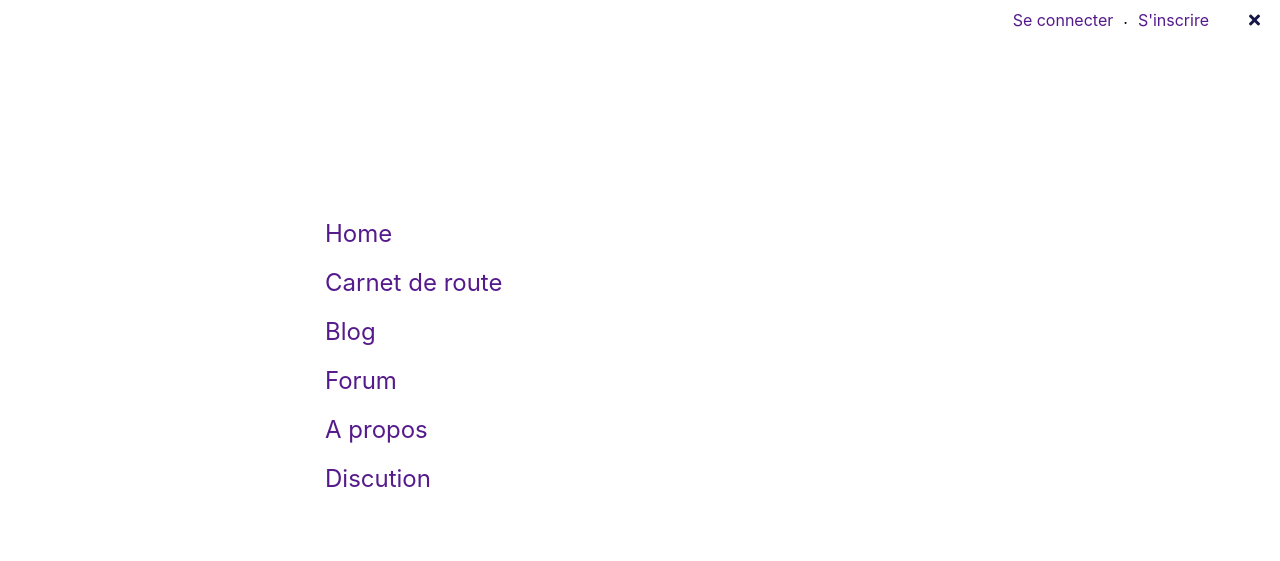
Repository: ypiard85/korean-place
Page: templates/home/index.html.twig
An editor plug-in stored every save of this project. The page is shown before and after the next save, followed by the edit.
The browser window is 1280 px wide. The pictures show the whole page.
Some web libraries are served in a nearby version. The page is a Twig template of a Symfony application; nobody is signed in and links lead nowhere. The template is opened directly, without the code that normally fills it, so the values that code supplies are empty.

Above is the page before, as saved 2021-02-11 10:47:44.

After the next save:
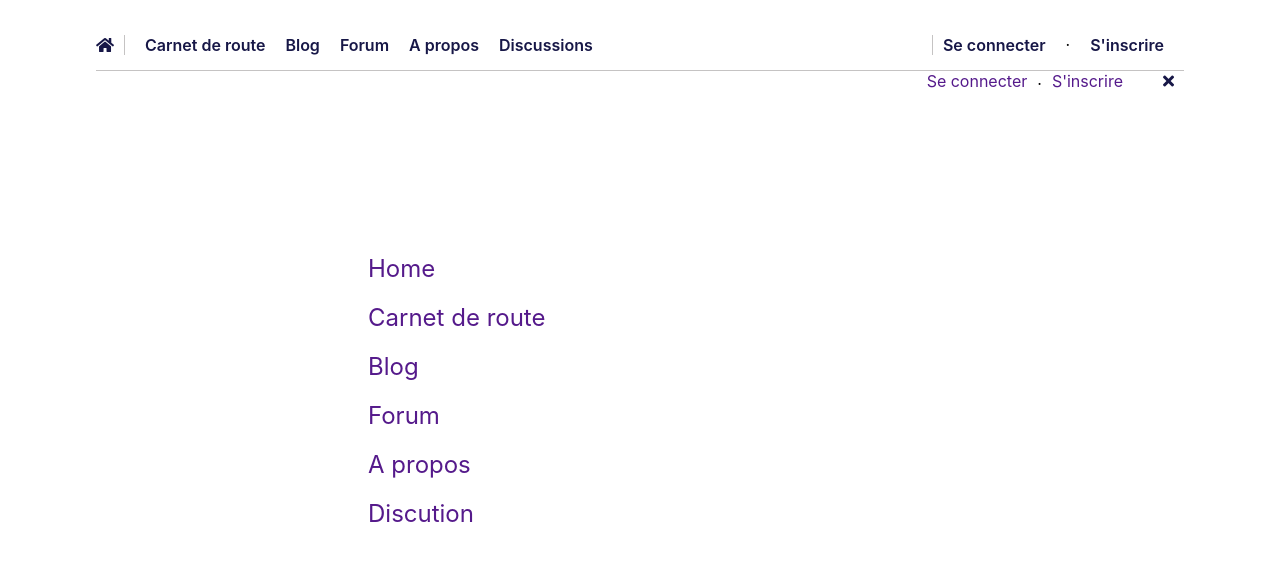
Saved 64 s later.
--- a/templates/base.html.twig
+++ b/templates/base.html.twig
@@ -34,7 +34,7 @@
                 </div>
             </nav>
 
-            <div class="nav_mobile">
+            <div class="">
                 <div class="mobile_header">
                     <ul>
                         <li><a href="">Se connecter</a></li>

After the save that followed:
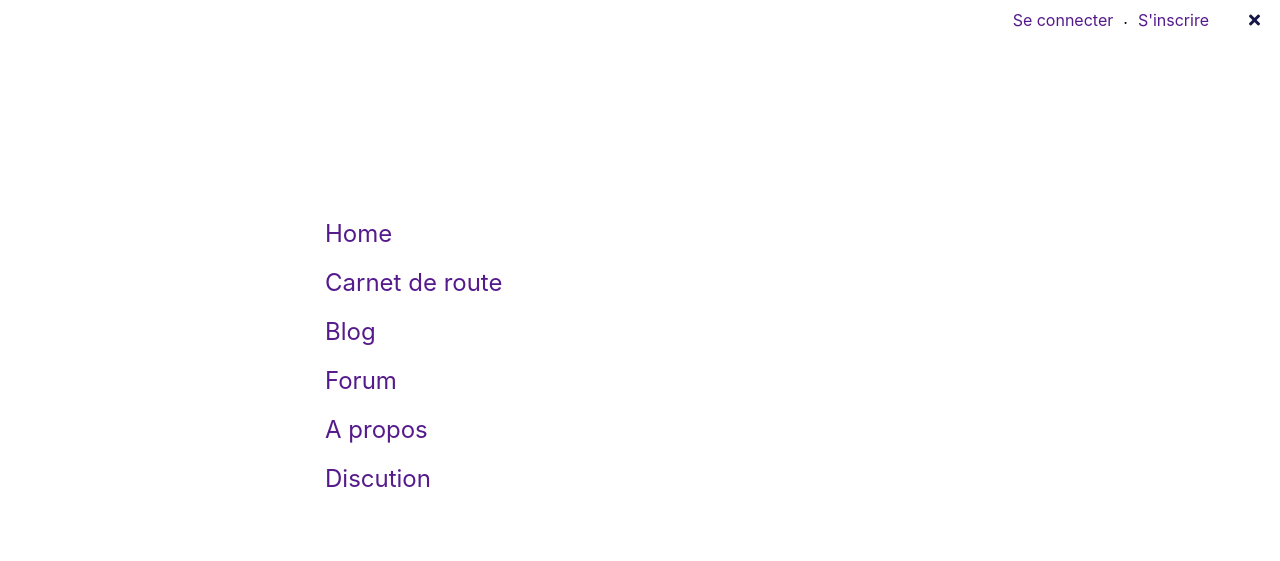
Saved 6 s later.
--- a/templates/base.html.twig
+++ b/templates/base.html.twig
@@ -34,7 +34,7 @@
                 </div>
             </nav>
 
-            <div class="">
+            <div class="nav_mobile">
                 <div class="mobile_header">
                     <ul>
                         <li><a href="">Se connecter</a></li>
